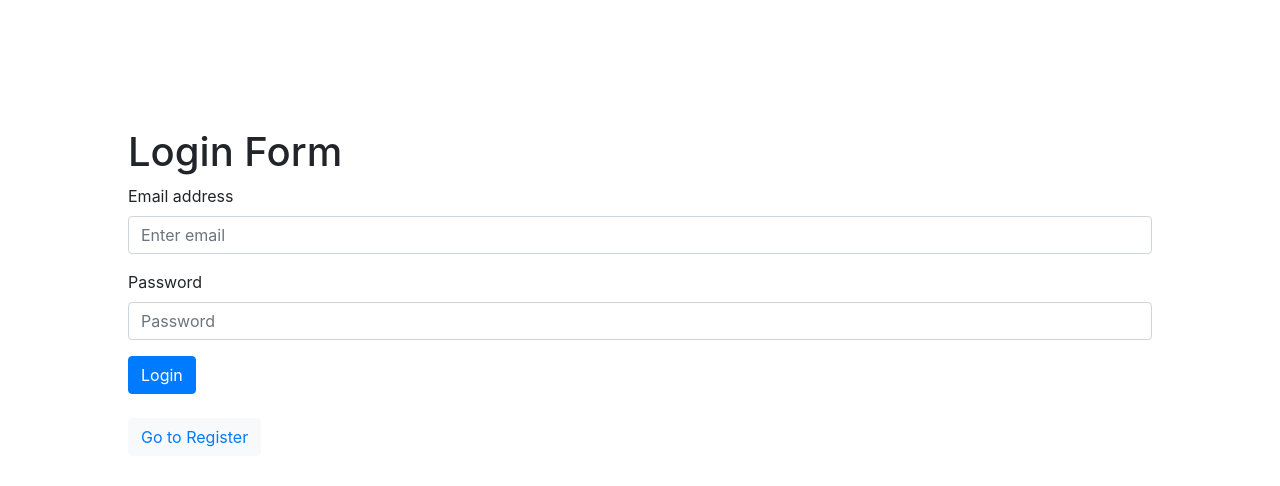
Repository: lalji-yadav/Register-Login-and-CRUD-using-token-and-Without-token-based
Page: /login
The author's editor kept a copy of each file at every save. The page is drawn from the files as they stood at one save, then again after the next save.
The browser window is 1280 px wide. The pictures show the whole page.
The project was rebuilt for these pictures with package versions that can differ from the ones it lists, and the page was loaded fresh each time. Also part of the build but not shown: src/App.css, src/auth/register.js, src/components/reg.js, src/components/table.js, src/components/update.js, src/crud/read.js, src/crud/create.js, src/crud/update.js and 1 more.

Above is the page before, as saved 2021-02-03 19:55:17.

### src/App.js
import './App.css';
import Login from "./auth/login";
import Register from "./auth/register";
import Reg from "./components/reg";
import Table from "./components/table";
import Update from "./components/update";

import Navb from "./crud/navbar";

import {
  BrowserRouter as Router,
  Switch,
  Route
} from "react-router-dom";

function App() {
  return (
    <div>
      <Router>
        <Switch>
           <Route exact path="/" component={Register} />
           <Route exact path="/login" component={Login} />
           <Route exact path="/reg" component={Reg} />
           <Route exact path="/table" component={Table} />

           <Route exact path="/navbar" component={Navb} />


           <Route exact path="/user/:id" render={(props)=>(<Update {...props} />)} >



            </Route>
        </Switch>
      </Router>

    </div>
  );
}

export default App;

### src/auth/login.js
import React, { useState } from 'react';
import {Form,Button} from 'react-bootstrap';
import axios from "axios";
import { Link } from 'react-router-dom';
import { useFormik } from "formik";

const validate = values => {
    const errors = {};

    if (!values.email) {
        errors.email = 'Required';
      } else if (!/^[A-Z0-9._%+-]+@[A-Z0-9.-]+\.[A-Z]{2,4}$/i.test(values.email)) {
        errors.email = 'Invalid email address';
      }

    if (!values.password) {
      errors.password = 'Required';
    } else if (values.password.length > 20) {
      errors.password = 'Must be 20 characters or less';
    }

    return errors;
  };

const Login = () => {

    const [values, setValues] = useState({
        email:'',
        password: ''
    })

    const changeHandler = (event) => {
        setValues((prevProps) => ({
          ...prevProps,
          [event.target.name]: event.target.value
        }));
      };

      const formik = useFormik({
        initialValues: {
          email: '',
          password: ''
        },
        validate
      });

    const onLogin=()=> {
       // event.preventDefault();
        // console.log(values);
        // alert(`${values.email}`)
        axios.post('http://localhost:3000/user/login',
         {email:values.email, password:values.password})
         .then((res)=> {
            console.log(res)
            alert("Login successfully")
        }).catch((err)=> {
            console.log(err)
        })
    }

    return (
        <div style={{padding:"10%"}}>
            <h1> Login Form </h1>
            <Form>
                <Form.Group>
                    <Form.Label>Email address</Form.Label>
                    <Form.Control type="email" name="email"
                     placeholder="Enter email"
                     onChange={changeHandler}
                     onBlur={formik.handleBlur}
                     value={formik.values.email}
                      />
                </Form.Group>
                <p style={{color:"red"}}>
                {formik.touched.email && formik.errors.email ? (
                <div>{formik.errors.email}</div>
                 ) : null}
                </p>

                <Form.Group>
                    <Form.Label>Password</Form.Label>
                    <Form.Control type="password" name="password"
                     value={formik.values.password}
                     placeholder="Password"
                     onChange={changeHandler}
                     onBlur={formik.handleBlur}
                     autoComplete="on"
                      />
                </Form.Group>
                <p style={{color:"red"}}>
                {formik.touched.password && formik.errors.password ? (
                <div>{formik.errors.password}</div>
                 ) : null}
                </p>
                </Form>

            <Button type="button" onClick={onLogin} className="btn btn-primary">Login</Button> <br /> <br />
            <Button type="button" variant="light"> <Link to="/">Go to Register </Link> </Button>
        </div>
    );
};

export default Login;

Loaded but not shown: public/index.html (common file); src/index.js (common file); src/index.css (common file); src/reportWebVitals.js (common file)

After the next save:
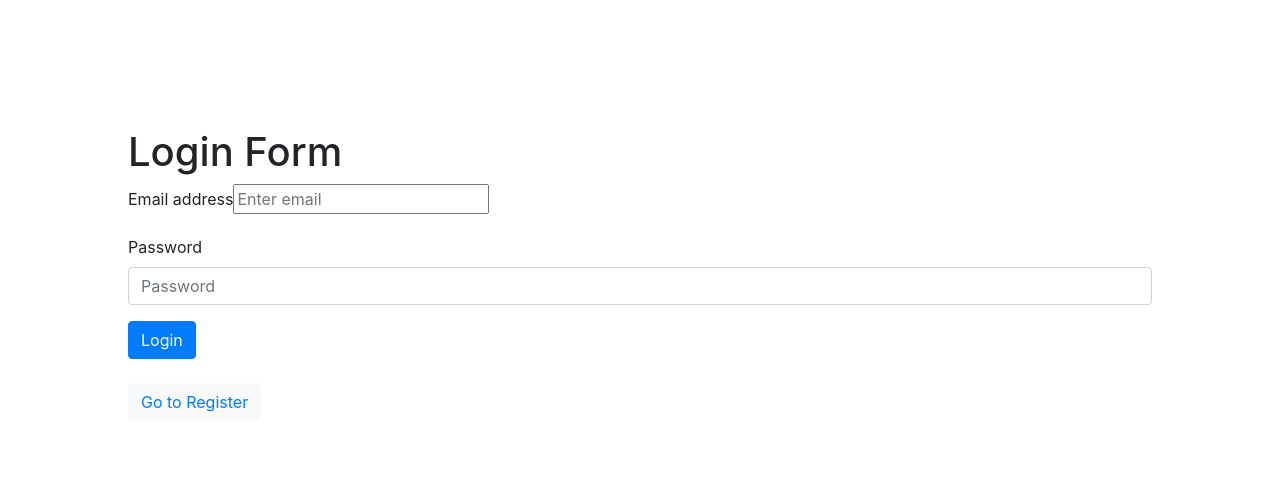
Saved 4 min 17 s later.
--- a/src/auth/login.js
+++ b/src/auth/login.js
@@ -64,7 +64,7 @@
             <Form>
                 <Form.Group>
                     <Form.Label>Email address</Form.Label>
-                    <Form.Control type="email" name="email"
+                    <input type="email" name="email"
                      placeholder="Enter email"
                      onChange={changeHandler}
                      onBlur={formik.handleBlur}

After the 4 saves that followed:
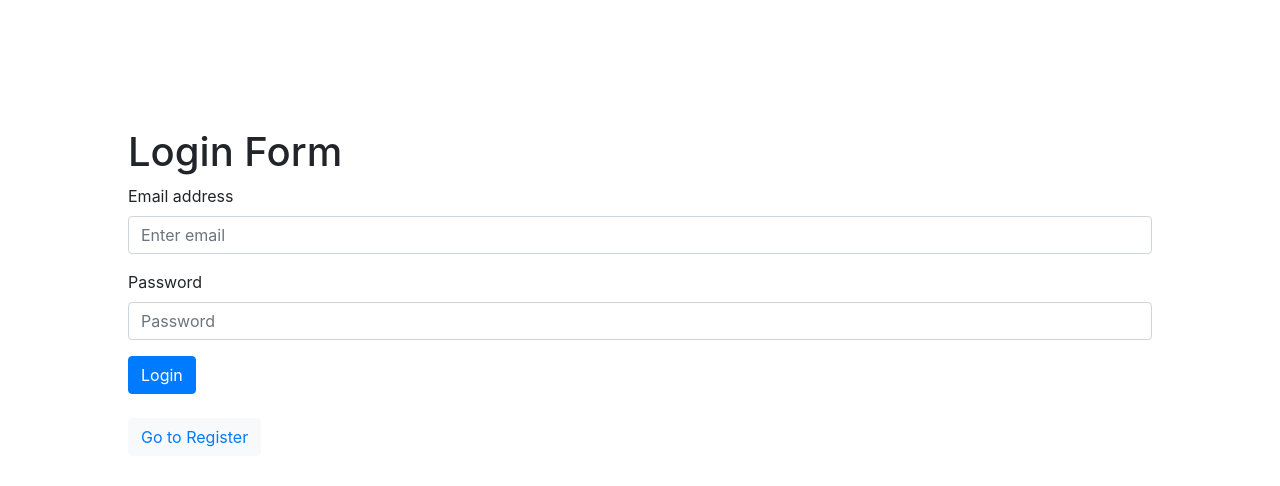
The 4 saves are shown as one change because 3 left the picture as it was.
The last was saved 11 min 7 s later.
--- a/src/auth/login.js
+++ b/src/auth/login.js
@@ -29,11 +29,15 @@
         password: ''
     })
 
-    const changeHandler = (event) => {
-        setValues((prevProps) => ({
-          ...prevProps,
-          [event.target.name]: event.target.value
-        }));
+    // const changeHandler = (event) => {
+    //     setValues((prevProps) => ({
+    //       ...prevProps,
+    //       [event.target.name]: event.target.value
+    //     }));
+    //   };
+
+    const handleChange = (prop) => (event) => {
+        setValues({ ...values, [prop]: event.target.value });
       };
 
       const formik = useFormik({
@@ -64,9 +68,10 @@
             <Form>
                 <Form.Group>
                     <Form.Label>Email address</Form.Label>
-                    <input type="email" name="email"
+                    <Form.Control type="email" name="email"
                      placeholder="Enter email"
-                     onChange={changeHandler}
+                     onChange={formik.handleChange('email')}
+                    //  onChange={formik.changeHandler}
                      onBlur={formik.handleBlur}
                      value={formik.values.email}
                       />
@@ -82,7 +87,7 @@
                     <Form.Control type="password" name="password"
                      value={formik.values.password}
                      placeholder="Password"
-                     onChange={changeHandler}
+                     onChange={formik.changeHandler}
                      onBlur={formik.handleBlur}
                      autoComplete="on"
                       />
